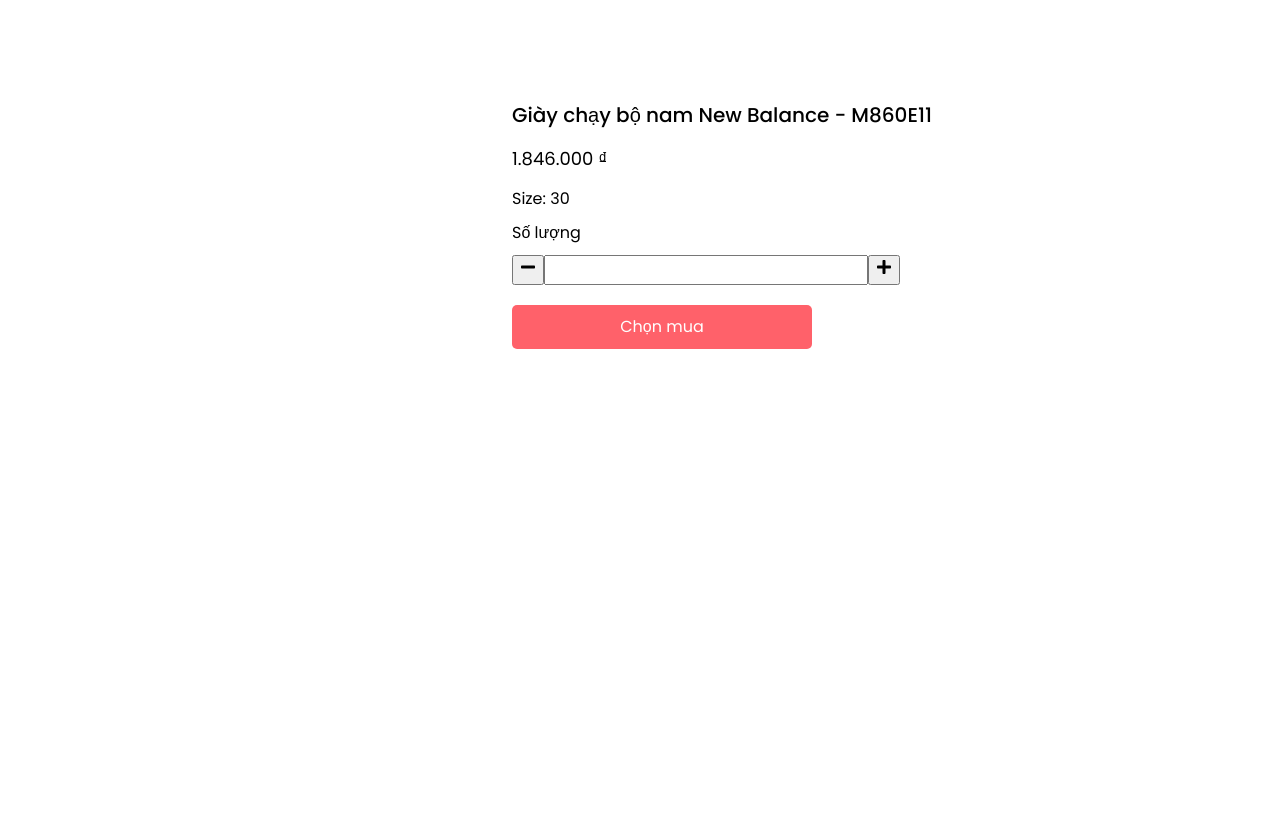
Repository: hoang0508/ReactJsHoiDanIT
Page: /
An editor plug-in stored every save of this project. The page is shown before and after the next save, followed by the edit.
The browser window is 1280 px wide. The pictures show the whole page.
The project was rebuilt for these pictures with package versions that can differ from the ones it lists, and the page was loaded fresh each time.

Above is the page before, as saved 2022-02-24 14:25:49.

After the next save:
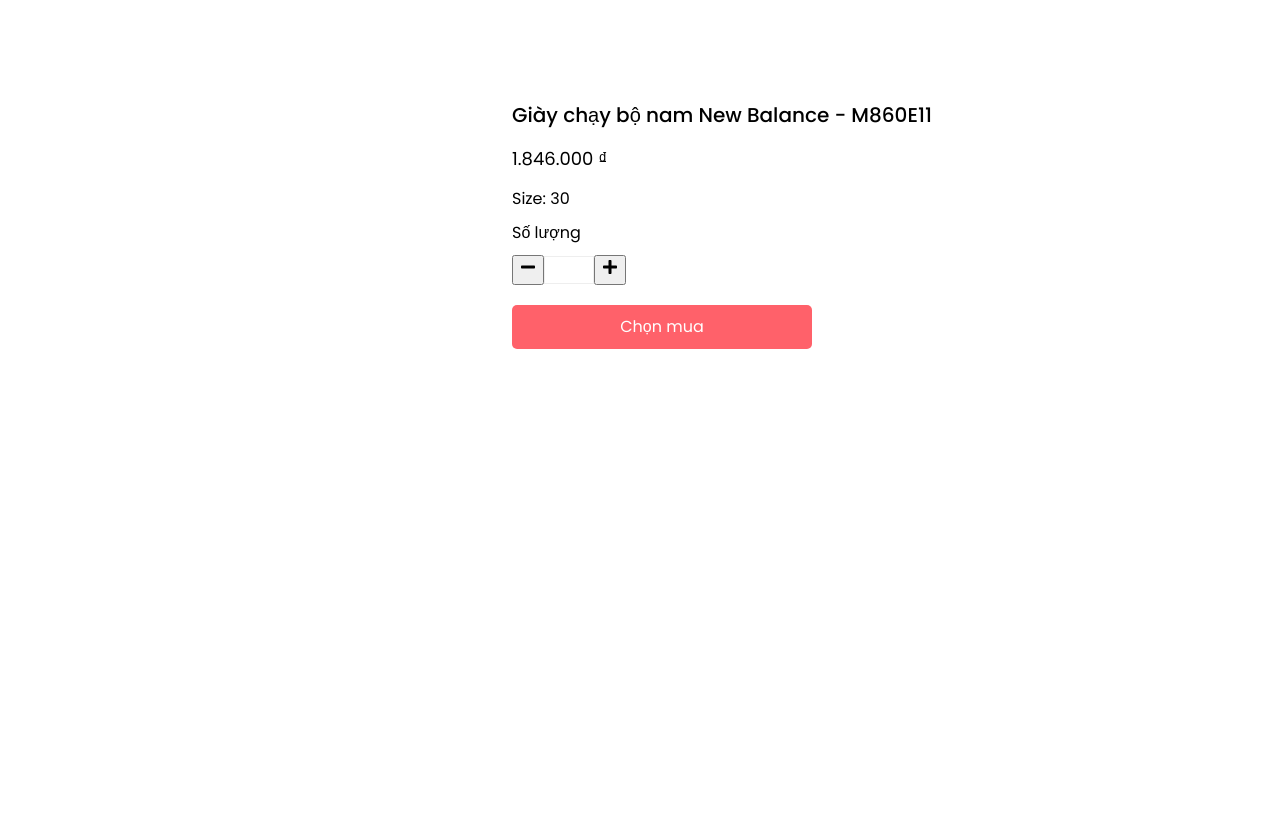
Saved 25 s later.
--- a/src/components/Products/Product.scss
+++ b/src/components/Products/Product.scss
@@ -28,6 +28,11 @@
   &-quantity {
     padding-bottom: 10px;
   }
+  &-input {
+    width: 50px;
+    outline: none;
+    border: 1px solid #eee;
+  }
   &-buy {
     width: 300px;
     padding: 10px 20px;
